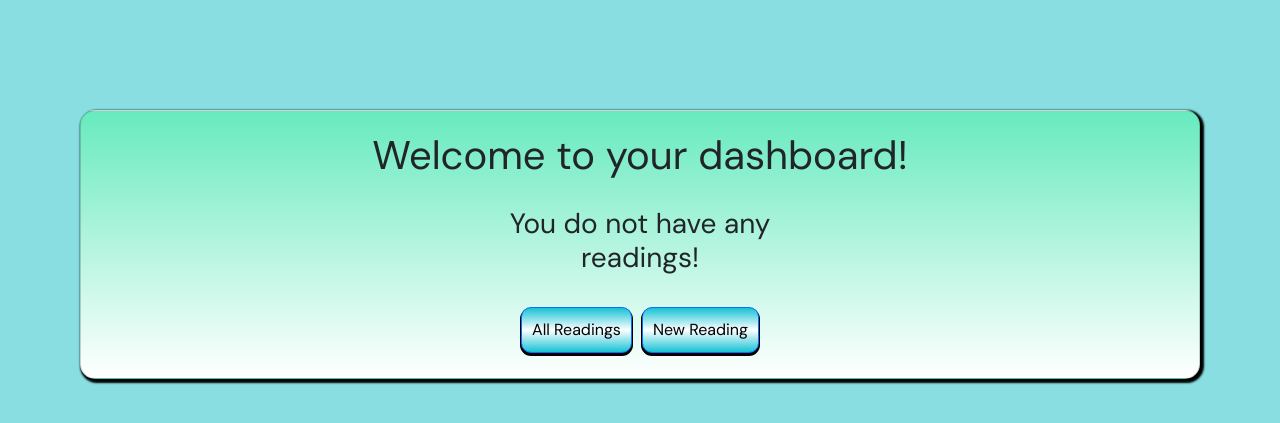
Repository: aiodell/my-glucose-checkup
Page: /dashboard (app in client/)
These files come from the project's save history. The page is drawn as it stood at one moment and after the next save; the edit follows.
The browser window is 1280 px wide. The pictures show the whole page.
The page's requests for data from a server got no answer. The project was rebuilt for these pictures with package versions that can differ from the ones it lists, and the page was loaded fresh each time. No one was signed in, and anything a server would have sent is missing. Also part of the build but not shown: client/src/components/Login.js, client/src/components/Signup.js, client/src/components/AllReadings.js, client/src/components/NewReading.js, client/src/components/Home.js, client/src/components/BglUpdateForm.js, client/src/components/BglEventDetails.js, client/src/components/NewBglEvent.js and 8 more.

Above is the page before, as saved 2022-10-06 07:03:58.

After the next save:
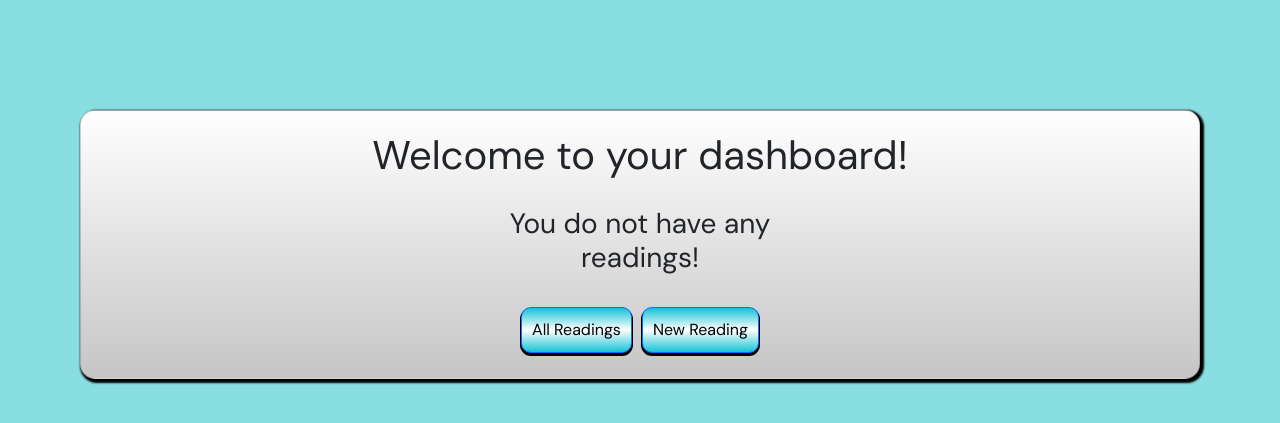
Saved 14 s later.
--- a/client/src/styles.css
+++ b/client/src/styles.css
@@ -74,7 +74,7 @@ body {
 .dash-container{
   margin-top: 100px;
   padding: 20px;
-  background-image: linear-gradient(#67eabe, #ffffff);
+  background-image: linear-gradient(#ffffff, #c5c5c5);
   box-shadow: 2px 2px 2px 2px black;
   border-radius: 15px;
   position: relative;
